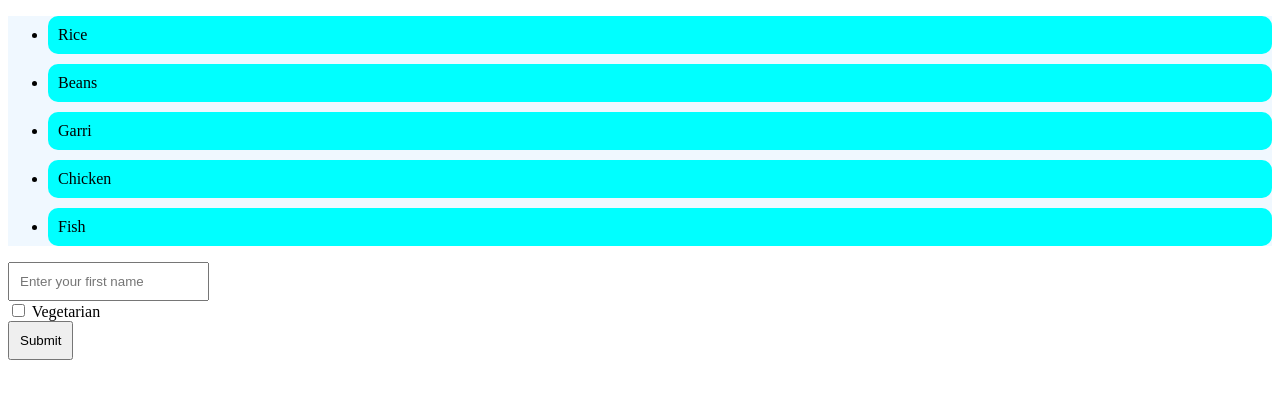
Repository: latenightsnacc/HTML-LESSONS
Page: WEB-DESIGN-2/lessons/pseudoClasses.html
The author's editor kept a copy of each file at every save. The page is drawn from the files as they stood at one save, then again after a run of saves.
The browser window is 1280 px wide. The pictures show the whole page.

Above is the page before, as saved 2021-09-28 12:13:57.

### WEB-DESIGN-2/lessons/pseudoClasses.html
<!DOCTYPE html>
<html lang="en">
<head>
    <meta charset="UTF-8">
    <meta http-equiv="X-UA-Compatible" content="IE=edge">
    <meta name="viewport" content="width=device-width, initial-scale=1.0">
    <title>Pseudo Classes</title>
    <style>
        .list {
            background-color: aliceblue;
        }
        li {
            padding: 10px;
            background-color: aqua;
            margin: 10px 0px;
            border-radius: 10px;
        }
        .list:nth-child(2){
            background-color: red;
        }
        .input {
            padding: 10px;
            outline: none;
            display: block;
        }
        .input:focus {
            border: 2px solid salmon;
        }
        .input:focus-within {
            border: 2px solid salmon !important;
        }
        .checked:checked{
            background-color: blue !important;
        }
    </style>
</head>
<body>
    <ul class="list">
        <li>Rice</li>
        <li>Beans</li>
        <li>Garri</li>
        <li>Chicken</li>
        <li>Fish</li>
    </ul>
    <form name="contact" id="contact" class="form" method="" action="form.php">
        <input class="input" type="text" name="fname" id="fname" placeholder="Enter your first name" />
        <input class="checked" type="checkbox" name="vegetarian" value="Vegetarian" />
        <label for="vegetarian">Vegetarian</label>
        <input class="input" type="button" value="Submit"/>
    </form>
</body>
</html>

After the next 2 saves:
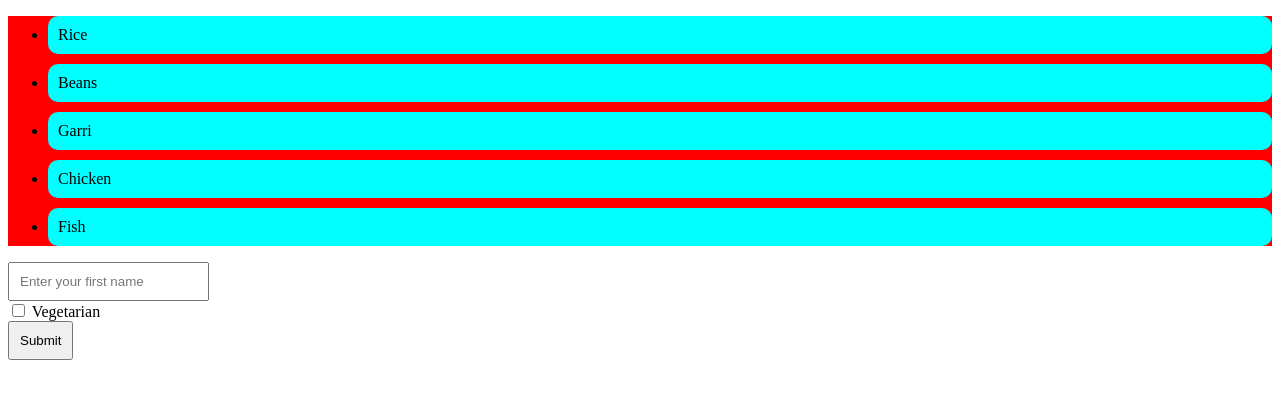
The 2 saves are shown as one change because they came seconds apart.
The last was saved 19 s later.
--- a/WEB-DESIGN-2/lessons/pseudoClasses.html
+++ b/WEB-DESIGN-2/lessons/pseudoClasses.html
@@ -15,7 +15,7 @@
             margin: 10px 0px;
             border-radius: 10px;
         }
-        .list:nth-child(2){
+        .list:nth-child(1){
             background-color: red;
         }
         .input {

After the 2 saves that followed:
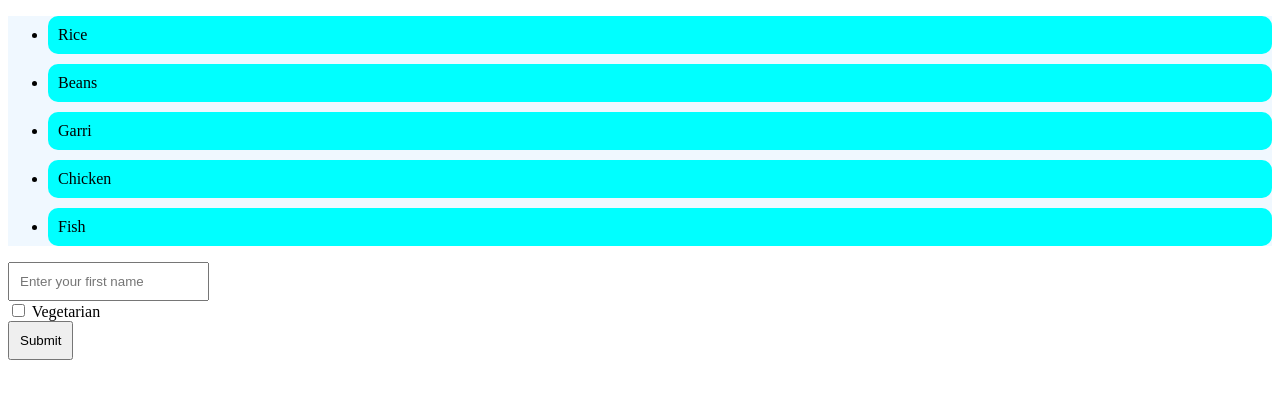
The 2 saves are shown as one change because they came seconds apart.
The last was saved 9 s later.
--- a/WEB-DESIGN-2/lessons/pseudoClasses.html
+++ b/WEB-DESIGN-2/lessons/pseudoClasses.html
@@ -15,7 +15,7 @@
             margin: 10px 0px;
             border-radius: 10px;
         }
-        .list:nth-child(1){
+        .list:nth-child(3){
             background-color: red;
         }
         .input {
